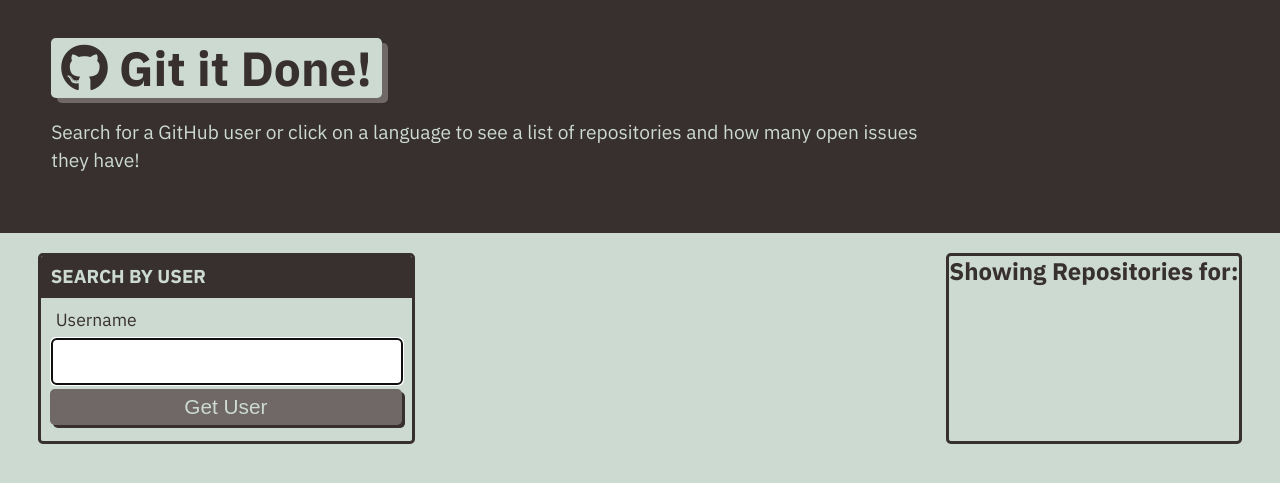
Repository: Brookethorson/git-it-done
Page: index.html
These files come from the project's save history. The page is drawn as it stood at one moment and after the next save; the edit follows.
The browser window is 1280 px wide. The pictures show the whole page.
Some web libraries are served in a nearby version.

Above is the page before, as saved 2021-09-04 17:36:17.

After the next save:
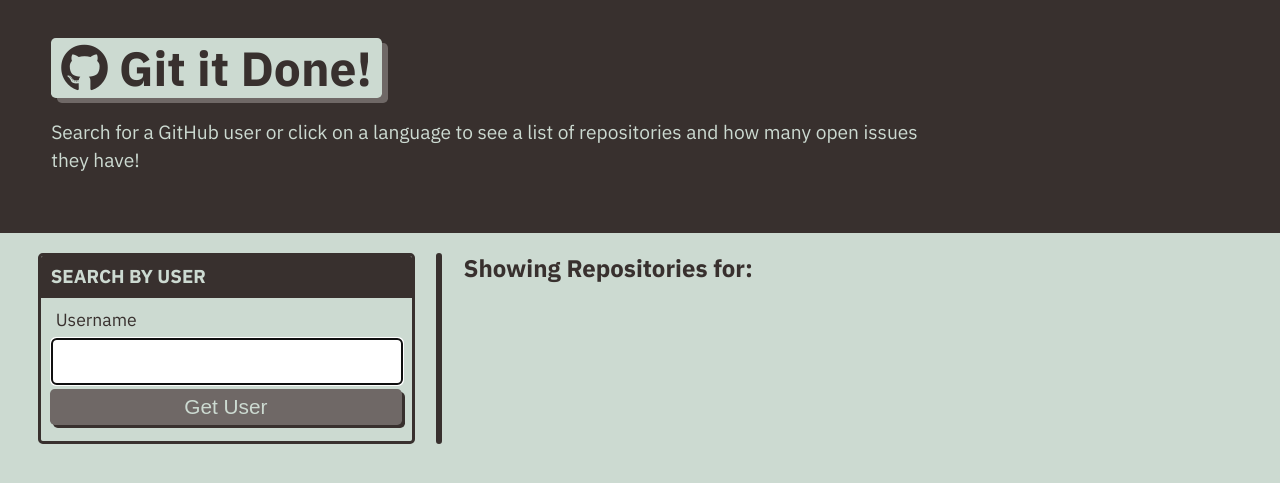
Saved 20 s later.
--- a/index.html
+++ b/index.html
@@ -32,7 +32,7 @@
       </div>
     </div>
 
-    <div class="card"
+    <div class="card"></div>
 
     <div class="col-12 col-md-8">
       <h2 class="subtitle">Showing Repositories for: <span id="repo-search-term"></span></h2>
